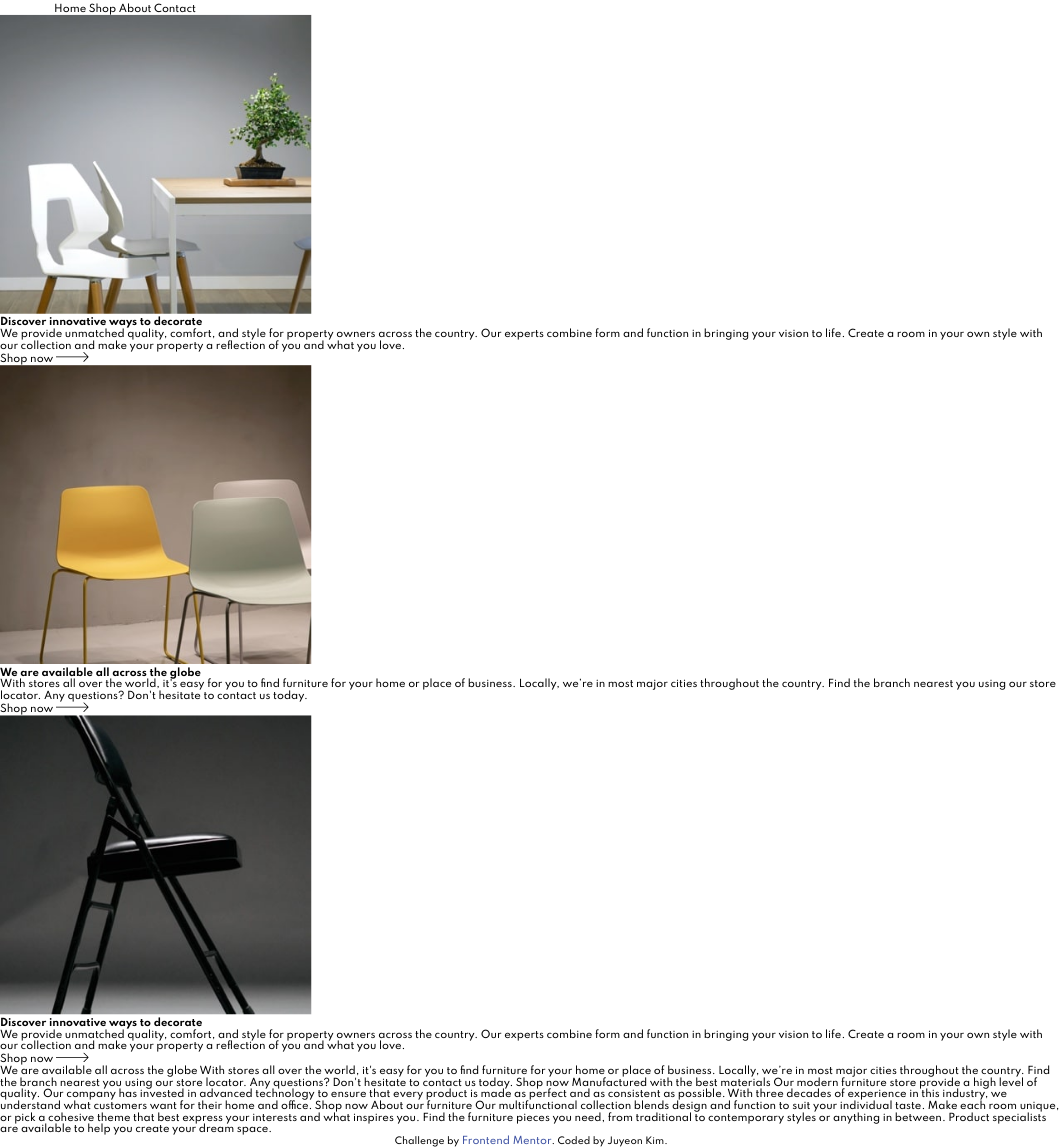
Repository: Jay-JYKim91/room-homepage-master
Page: index.html
These files come from the project's save history. The page is drawn as it stood at one moment and after the next save; the edit follows.
The browser window is 1280 px wide. The pictures show the whole page, at 83% of full size.

Above is the page before, as saved 2021-07-11 21:48:11.

### index.html
<!DOCTYPE html>
<html lang="en">
<head>
  <meta charset="UTF-8">
  <meta name="viewport" content="width=device-width, initial-scale=1.0"> <!-- displays site properly based on user's device -->
  <link rel="preconnect" href="https://fonts.googleapis.com">
  <link rel="preconnect" href="https://fonts.gstatic.com" crossorigin>
  <link href="https://fonts.googleapis.com/css2?family=Spartan:wght@500;600;700&display=swap" rel="stylesheet">
  <link rel="icon" type="image/png" sizes="32x32" href="./images/favicon-32x32.png">
  <link rel="stylesheet" href="style.css">
  <title>Room homepage</title>

</head>
<body>
  <header>
    <img src="./images/logo.svg" alt="logo">
    Home
    Shop
    About
    Contact
  </header>
  <body>
    <div class="slide">
      <div class="slide-img">
        <img src="./images/mobile-image-hero-1.jpg" alt="hero-1">
      </div>
      <div class="slide-text">
        <h1>Discover innovative ways to decorate</h1>
        <p>
          We provide unmatched quality, comfort, and style for property owners across the country.
          Our experts combine form and function in bringing your vision to life. Create a room in your
          own style with our collection and make your property a reflection of you and what you love.
        </p>
        <a href="#">
          Shop now
          <img src="./images/icon-arrow.svg" alt="arrow">
        </a>
      </div>
    </div>
    <div class="slide">
      <div class="slide-img">
        <img src="./images/mobile-image-hero-2.jpg" alt="hero-2">
      </div>
      <div class="slide-text">
        <h1>We are available all across the globe</h1>
        <p>
          With stores all over the world, it's easy for you to find furniture for your home or place of business.
          Locally, we’re in most major cities throughout the country. Find the branch nearest you using our
          store locator. Any questions? Don't hesitate to contact us today.
        </p>
        <a href="#">
          Shop now
          <img src="./images/icon-arrow.svg" alt="arrow">
        </a>
      </div>
    </div>
    <div class="slide">
      <div class="slide-img">
        <img src="./images/mobile-image-hero-3.jpg" alt="hero-3">
      </div>
      <div class="slide-text">
        <h1>Discover innovative ways to decorate</h1>
        <p>
          We provide unmatched quality, comfort, and style for property owners across the country.
          Our experts combine form and function in bringing your vision to life. Create a room in your
          own style with our collection and make your property a reflection of you and what you love.
        </p>
        <a href="#">
          Shop now
          <img src="./images/icon-arrow.svg" alt="arrow">
        </a>
      </div>
    </div>

  </body>





  We are available all across the globe

  With stores all over the world, it's easy for you to find furniture for your home or place of business.
  Locally, we’re in most major cities throughout the country. Find the branch nearest you using our
  store locator. Any questions? Don't hesitate to contact us today.

  Shop now

  Manufactured with the best materials

  Our modern furniture store provide a high level of quality. Our company has invested in advanced technology
  to ensure that every product is made as perfect and as consistent as possible. With three decades of
  experience in this industry, we understand what customers want for their home and office.

  Shop now

  About our furniture

  Our multifunctional collection blends design and function to suit your individual taste.
  Make each room unique, or pick a cohesive theme that best express your interests and what
  inspires you. Find the furniture pieces you need, from traditional to contemporary styles
  or anything in between. Product specialists are available to help you create your dream space.

  <div class="attribution">
    Challenge by <a href="https://www.frontendmentor.io?ref=challenge" target="_blank">Frontend Mentor</a>.
    Coded by Juyeon Kim.
  </div>
</body>
</html>

### style.css
:root {
  --body-font: "Spartan", sans-serif;

  --dark-gray: hsl(0, 0%, 63%);
  --black: hsl(0, 0%, 0%);
  --white: hsl(0, 0%, 100%);
  --very-dark-gray: hsl(0, 0%, 27%);
}

* {
  margin: 0;
  padding: 0;
  font-family: var(--body-font);
  font-size: 12px;
}

a {
  text-decoration: none;
  color: black;
}
.attribution {
  font-size: 11px;
  text-align: center;
}
.attribution a {
  color: hsl(228, 45%, 44%);
}

@media screen and (max-width: 800px) {
}

After the next save:
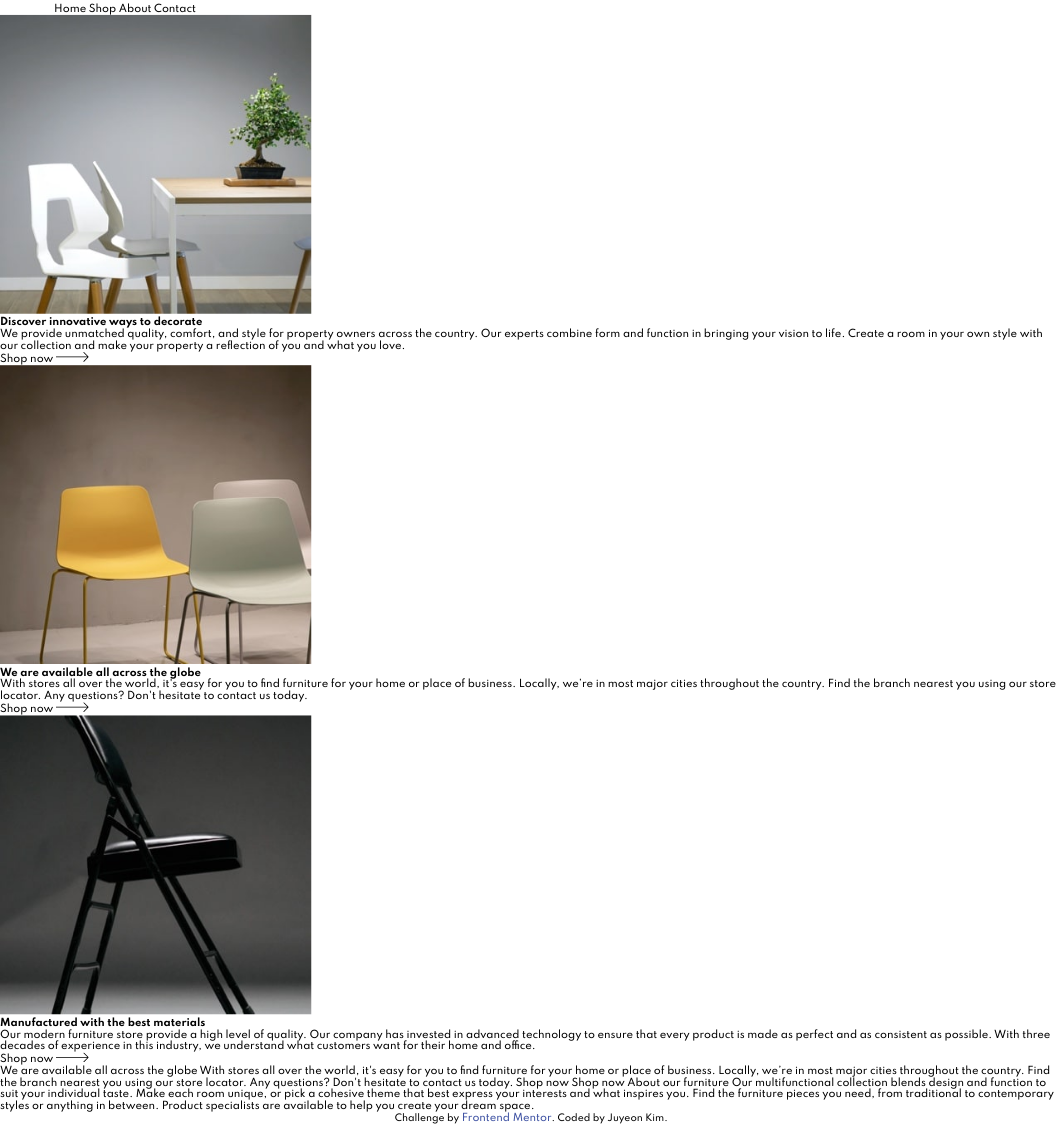
Saved 27 s later.
--- a/index.html
+++ b/index.html
@@ -59,11 +59,11 @@
         <img src="./images/mobile-image-hero-3.jpg" alt="hero-3">
       </div>
       <div class="slide-text">
-        <h1>Discover innovative ways to decorate</h1>
+        <h1>Manufactured with the best materials</h1>
         <p>
-          We provide unmatched quality, comfort, and style for property owners across the country.
-          Our experts combine form and function in bringing your vision to life. Create a room in your
-          own style with our collection and make your property a reflection of you and what you love.
+          Our modern furniture store provide a high level of quality. Our company has invested in advanced technology
+          to ensure that every product is made as perfect and as consistent as possible. With three decades of
+          experience in this industry, we understand what customers want for their home and office.
         </p>
         <a href="#">
           Shop now
@@ -86,11 +86,9 @@
 
   Shop now
 
-  Manufactured with the best materials
 
-  Our modern furniture store provide a high level of quality. Our company has invested in advanced technology
-  to ensure that every product is made as perfect and as consistent as possible. With three decades of
-  experience in this industry, we understand what customers want for their home and office.
+
+
 
   Shop now
 
